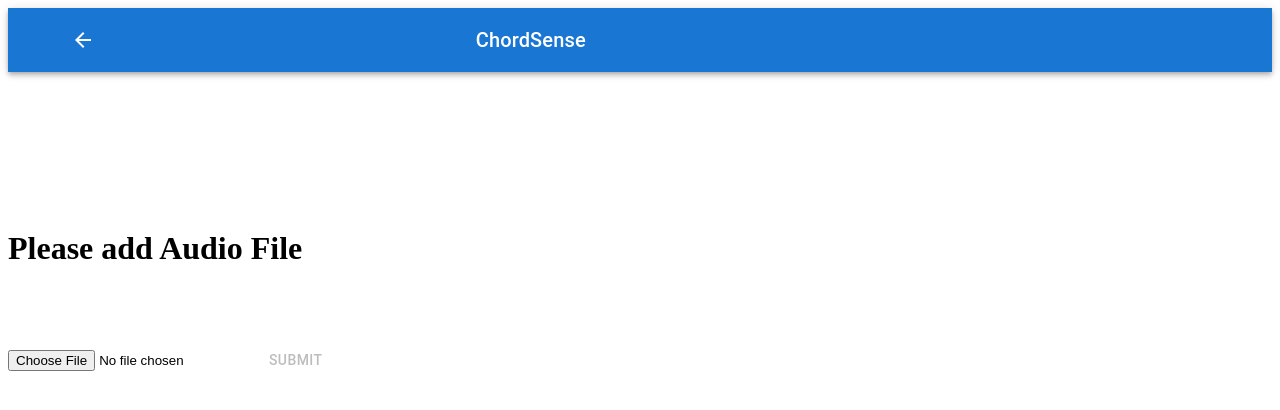
Repository: shamu332/ChordSense
Page: / (app in ui/)
The author's editor kept a copy of each file at every save. The page is drawn from the files as they stood at one save, then again after a run of saves.
The browser window is 1280 px wide. The pictures show the whole page.
The project was rebuilt for these pictures with package versions that can differ from the ones it lists, and the page was loaded fresh each time. Also part of the build but not shown: ui/src/pages/Results.js.

Above is the page before, as saved 2023-03-11 15:39:50.

### ui/src/index.js

import React from "react";
import ReactDOM from "react-dom";
import { BrowserRouter as Router, Routes, Route } from "react-router-dom";
import Results from "./pages/Results";
import Landing from "./pages/Landing";

ReactDOM.render(
  <>
    <Router>
      <Routes>
        <Route path="/" element={<Landing />} />
        <Route path="/results" element={<Results />} />
      </Routes>
    </Router>
  </>,
  document.getElementById("root")
);

### ui/src/pages/Landing.js
import React, { useState, ChangeEvent } from "react";
import Header from "../Header";
import CircularProgress from "@mui/material/CircularProgress";
import UploadFileIcon from '@mui/icons-material/UploadFile';
import Button from '@mui/material/Button';
import { useNavigate } from "react-router-dom";

function Scanner() {
  const [loader, setLoader] = useState(false);
  const [selectedFile, setSelectedFile] = useState();
  const [isFilePicked, setIsFilePicked] = useState(false);
  let navigate = useNavigate();

  function toggleLoader() {
    setLoader(!loader);
  }


const changeHandler = (event) => {
	setSelectedFile(event.target.files[0]);
	setIsFilePicked(true);
};



  return (
    <>
      <Header />
      <div
        style={{
          display: "flex",
          alignItems: "flex-end",
          height: "30vh",
        }}
      >
        <h1>
            Please add Audio File
        </h1>
      </div>
      {loader ? (
        <div
          style={{
            display: "flex",
            justifyContent: "center",
            alignItems: "center",
            height: "30vh",
          }}
        >
          <CircularProgress />
        </div>
      ) : (
        <>
          <div
            style={{
              display: "flex",
              alignItems: "center",
              height:"20vh",
            }}
          >
            <input type="file" name="file" onChange={changeHandler} />

                {isFilePicked ? (
                    <>
                    <div>
                        <p>Filename: {selectedFile.name}</p>
                        <p>Filetype: {selectedFile.type}</p>
                        <p>Size in bytes: {selectedFile.size}</p>
                    </div>
                    <div
                    style={{
                      display: "flex",
                    }}
                  >
                    <Button
                      onClick={toggleLoader}
                      variant="contained"
                    >
                      Submit
                    </Button>
                  </div>
                  </>
                ) : (
                    <div
            style={{
              display: "flex",
            }}
          >
            <Button
              disabled
            >
              Submit
            </Button>
          </div>
                )}
          </div>
        </>
      )}
    </>
  );
}

export default Scanner;

### ui/src/Header.js
import * as React from "react";
import AppBar from "@mui/material/AppBar";
import Box from "@mui/material/Box";
import Toolbar from "@mui/material/Toolbar";
import Typography from "@mui/material/Typography";
import IconButton from "@mui/material/IconButton";
import ArrowBackIcon from "@mui/icons-material/ArrowBack";
import { useNavigate } from "react-router-dom";

export default function Header() {
  const navigate = useNavigate();
  return (
    <Box sx={{ flexGrow: 1 }}>
      <AppBar position="static">
        <Toolbar>
          <IconButton
            size="large"
            edge="start"
            color="inherit"
            aria-label="menu"
            sx={{ mr: 2 }}
          ></IconButton>
          <ArrowBackIcon
            onClick={() => navigate(-1)}
            sx={{ position: "absolute", left: "5%" }}
          />
          <Typography
            variant="h6"
            component="div"
            sx={{ flexGrow: 1, position: "absolute", left: "37%" }}
          >
            ChordSense
          </Typography>
        </Toolbar>
      </AppBar>
    </Box>
  );
}

Loaded but not shown: ui/public/index.html (common file)

After the next 2 saves:
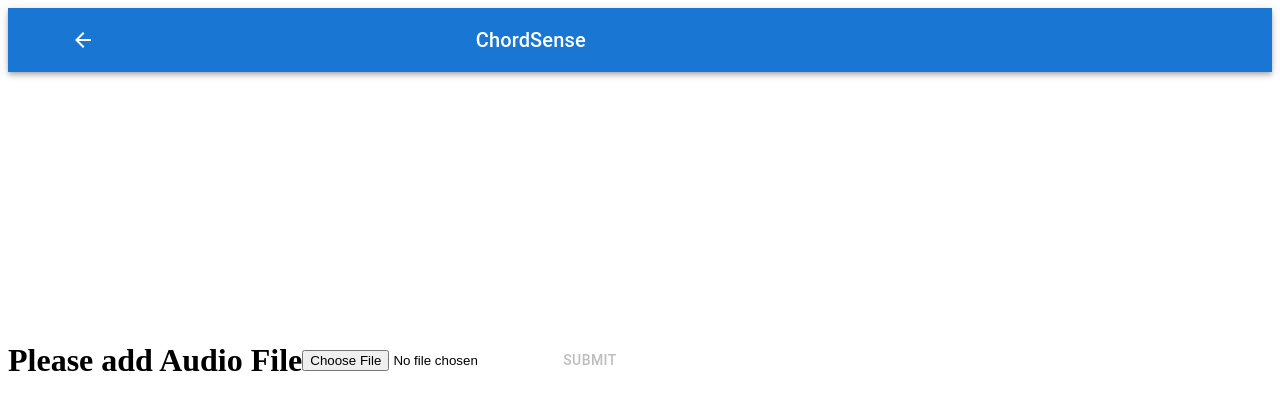
The 2 saves are shown as one change because 1 did not build or start.
The last was saved 3 min 42 s later.
--- a/ui/src/pages/Landing.js
+++ b/ui/src/pages/Landing.js
@@ -33,9 +33,6 @@ const changeHandler = (event) => {
           height: "30vh",
         }}
       >
-        <h1>
-            Please add Audio File
-        </h1>
       </div>
       {loader ? (
         <div
@@ -57,6 +54,9 @@ const changeHandler = (event) => {
               height:"20vh",
             }}
           >
+            <h1>
+            Please add Audio File
+        </h1>
             <input type="file" name="file" onChange={changeHandler} />
 
                 {isFilePicked ? (
